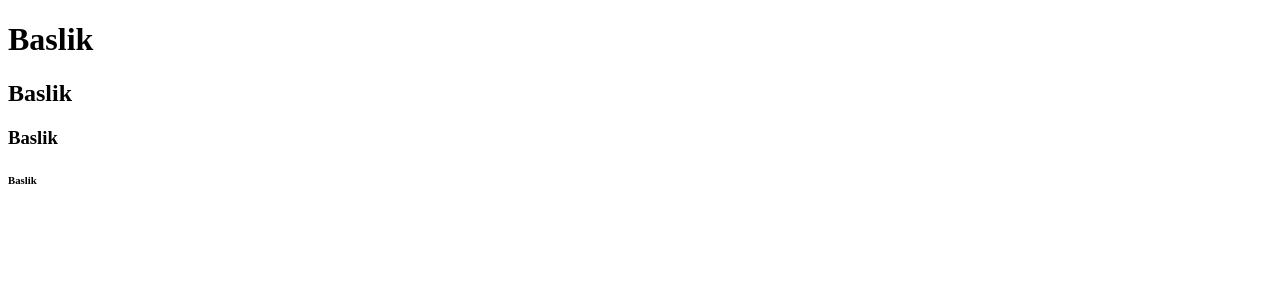
Repository: Kubraaygun/Html_Css_Login
Page: index.html
The author's editor kept a copy of each file at every save. The page is drawn from the files as they stood at one save, then again after the next save.
The browser window is 1280 px wide. The pictures show the whole page.

Above is the page before, as saved 2025-03-02 20:02:04.

After the next save:
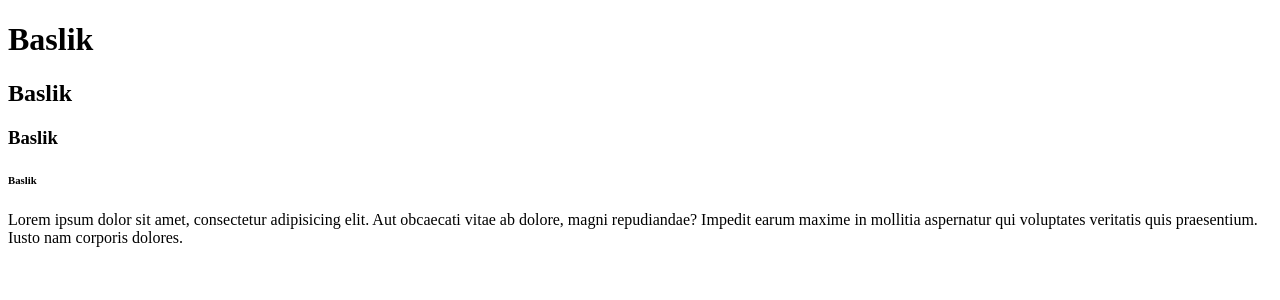
Saved 17 s later.
--- a/index.html
+++ b/index.html
@@ -11,5 +11,12 @@
     <h2>Baslik</h2>
     <h3>Baslik</h3>
     <h6>Baslik</h6>
+
+    <p>
+      Lorem ipsum dolor sit amet, consectetur adipisicing elit. Aut obcaecati
+      vitae ab dolore, magni repudiandae? Impedit earum maxime in mollitia
+      aspernatur qui voluptates veritatis quis praesentium. Iusto nam corporis
+      dolores.
+    </p>
   </body>
 </html>
